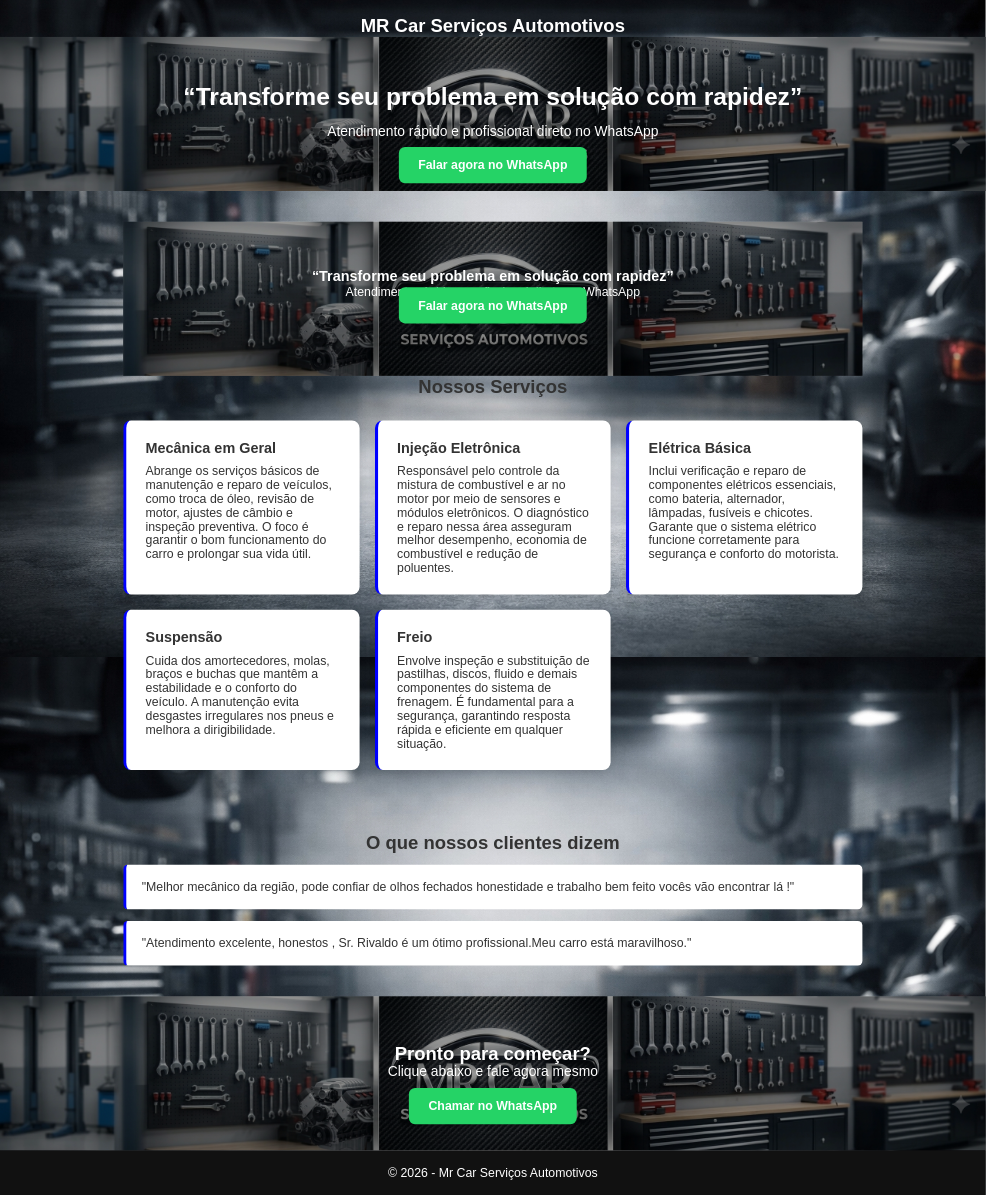
Repository: templaterj1991-Luiz/Main
Page: Template/index.html
The author's editor kept a copy of each file at every save. The page is drawn from the files as they stood at one save, then again after the next save.
The browser window is 1280 px wide. The pictures show the whole page, at 77% of full size.
Backgrounds fixed to the window are drawn as part of the page.

Above is the page before, as saved 2026-06-06 13:57:58.

### Template/index.html
<!DOCTYPE html>
<html lang="pt-BR">

<head>
    <meta charset="UTF-8">
    <meta name="viewport" content="width=device-width, initial-scale=1.0">
    <title>Mr Car Serviços Automotivos</title>
    <style>
        * {
            margin: 0;
            padding: 0;
            box-sizing: border-box;
            font-family: 'Arial', sans-serif;
        }

        body {
            background-image: url(../Template/assests/image_17807634293247997762059382456069.jpeg);
            background-position: center center;
            background-repeat: no-repeat;
            background-size: cover;
            background-attachment: fixed;
            min-height: 100vh;
            color: #333;
        }

        header {
            background: transparent;
            color: #fff;
            padding: 20px 20px 0 20px;
            text-align: center;
        }
        .hero1 {
            padding: 60px 20px;
            height: 200px;
            text-align: center;
            background-image: url(../Template/assests/Gemini_Generated_Image_hhrxh3hhrxh3hhrx.png);
            background-position: center center;
            background-repeat: no-repeat;
            background-size: cover;
            color: white;
            box-shadow: inset 0 0 0 2000px rgba(0, 0, 0, 0.4);
        }

        .hero {
            padding: 60px 20px;
            height: 200px;
            text-align: center;
            background-image: url(../Template/assests/Gemini_Generated_Image_hhrxh3hhrxh3hhrx.png);
            background-position: center center;
            background-repeat: no-repeat;
            background-size: cover;
            color: white;
            box-shadow: inset 0 0 0 2000px rgba(0, 0, 0, 0.4);
        }

        .hero h1 {
            font-size: 32px;
            margin-bottom: 15px;
        }

        .hero p {
            font-size: 18px;
            margin-bottom: 25px;
        }

        .btn {
            background: #25D366;
            color: white;
            padding: 15px 25px;
            border-radius: 8px;
            text-decoration: none;
            font-weight: bold;
            transition: 0.3s;
        }

        .btn:hover {
            background: #1ebe5d;
        }

        .container {
            max-width: 1000px;
            margin: auto;
            padding: 40px 20px;
        }

        .grid {
            display: grid;
            grid-template-columns: repeat(auto-fit, minmax(250px, 1fr));
            gap: 20px;
        }

        .card {
            background: white;
            padding: 25px;
            border-radius: 10px;
            box-shadow: 0 4px 10px rgba(0, 0, 0, 0.08);
            border-left: 4px solid blue;
        }

        .card h3 {
            margin-bottom: 10px;
        }

        .testimonial {
            background: #fff;
            padding: 20px;
            border-left: 4px solid blue;
            margin-top: 15px;
            border-radius: 6px;
        }

        footer {
            text-align: center;
            padding: 20px;
            background: #111;
            color: white;

        }
    </style>
</head>

<body>
    <header>
        <h2>MR Car Serviços Automotivos</h2>
    </header>
    <section class="hero">
        <h1>“Transforme seu problema em solução com rapidez”</h1>
        <p>Atendimento rápido e profissional direto no WhatsApp</p> <a class="btn" href="https://wa.me/5521983543090"
            target="_blank"> Falar agora no WhatsApp </a>
    </section>
    <section class="container">
        <section class="hero1">
        <h1>“Transforme seu problema em solução com rapidez”</h1>
        <p>Atendimento rápido e profissional direto no WhatsApp</p> <a class="btn" href="https://wa.me/5521983543090"
            target="_blank"> Falar agora no WhatsApp </a>
    </section>
        <h2 style="text-align:center; margin-bottom:30px;">Nossos Serviços</h2>
        <div class="grid">
            <div class="card">
                <h3>Mecânica em Geral</h3>
                <p>Abrange os serviços básicos de manutenção e reparo de veículos, como troca de óleo, revisão de motor,
                    ajustes de câmbio e inspeção preventiva. O foco é garantir o bom funcionamento do carro e prolongar
                    sua vida útil.</p>
            </div>
            <div class="card">
                <h3>Injeção Eletrônica </h3>
                <p>Responsável pelo controle da mistura de combustível e ar no motor por meio de sensores e módulos
                    eletrônicos. O diagnóstico e reparo nessa área asseguram melhor desempenho, economia de combustível
                    e redução de poluentes.</p>
            </div>
            <div class="card">
                <h3>Elétrica Básica</h3>
                <p>Inclui verificação e reparo de componentes elétricos essenciais, como bateria, alternador, lâmpadas,
                    fusíveis e chicotes. Garante que o sistema elétrico funcione corretamente para segurança e conforto
                    do motorista.</p>
            </div>
            <div class="card">
                <h3>Suspensão</h3>
                <p>Cuida dos amortecedores, molas, braços e buchas que mantêm a estabilidade e o conforto do veículo. A
                    manutenção evita desgastes irregulares nos pneus e melhora a dirigibilidade.</p>
            </div>
            <div class="card">
                <h3>Freio</h3>
                <p>Envolve inspeção e substituição de pastilhas, discos, fluido e demais componentes do sistema de
                    frenagem. É fundamental para a segurança, garantindo resposta rápida e eficiente em qualquer
                    situação.</p>
            </div>
        </div>
    </section>
    <section class="container">
        <h2 style="text-align:center;">O que nossos clientes dizem</h2>
        <div class="testimonial"> "Melhor mecânico da região, pode confiar de olhos fechados honestidade e trabalho bem
            feito vocês vão encontrar lá !" </div>
        <div class="testimonial"> "Atendimento excelente, honestos , Sr. Rivaldo é um ótimo profissional.Meu carro está
            maravilhoso." </div>
    </section>
    <section class="hero">
        <h2>Pronto para começar?</h2>
        <p>Clique abaixo e fale agora mesmo</p> <a class="btn" href="https://wa.me/5521983543090" target="_blank">
            Chamar no
            WhatsApp </a>
    </section>
    <footer>
        <p>© 2026 - Mr Car Serviços Automotivos</p>
    </footer>
</body>

</html>

After the next save:
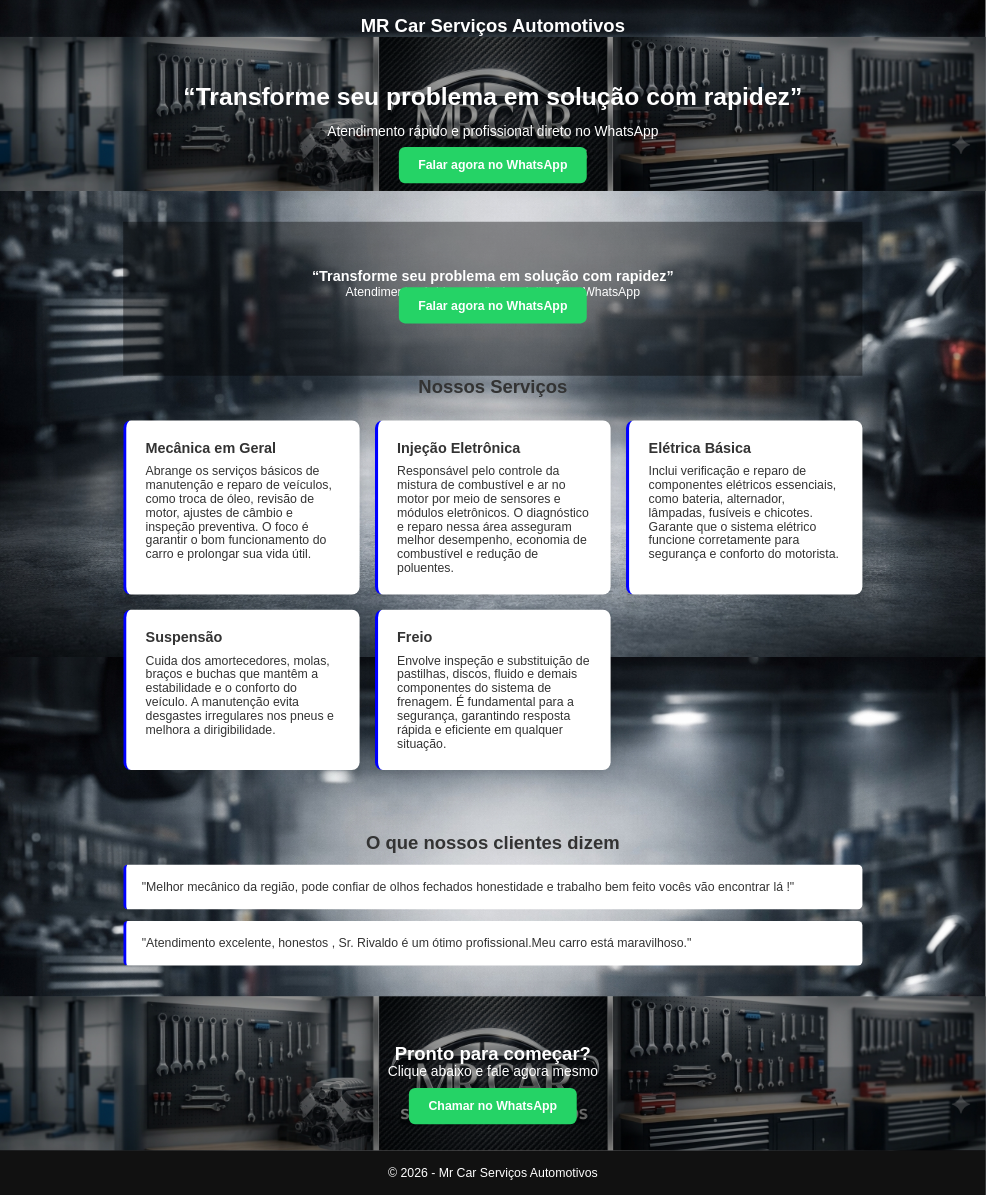
Saved 6 s later.
--- a/Template/index.html
+++ b/Template/index.html
@@ -33,7 +33,7 @@
             padding: 60px 20px;
             height: 200px;
             text-align: center;
-            background-image: url(../Template/assests/Gemini_Generated_Image_hhrxh3hhrxh3hhrx.png);
+
             background-position: center center;
             background-repeat: no-repeat;
             background-size: cover;
